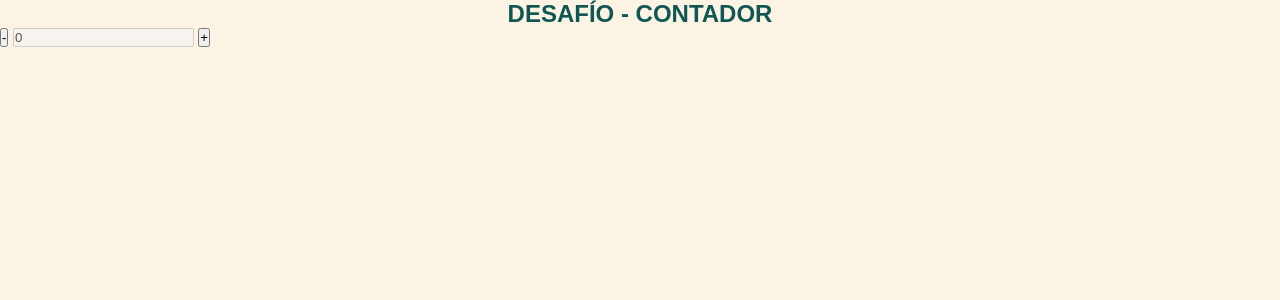
Repository: r-urchi/vue-coderhouse
Page: index.html
The author's editor kept a copy of each file at every save. The page is drawn from the files as they stood at one save, then again after a run of saves.
The browser window is 1280 px wide. The pictures show the whole page.
The style sheet was rebuilt from its Sass, Less or Tailwind sources for each picture, by a compiler version that may differ from the author's.

Above is the page before, as saved 2021-11-13 10:58:12.

After the next 2 saves:
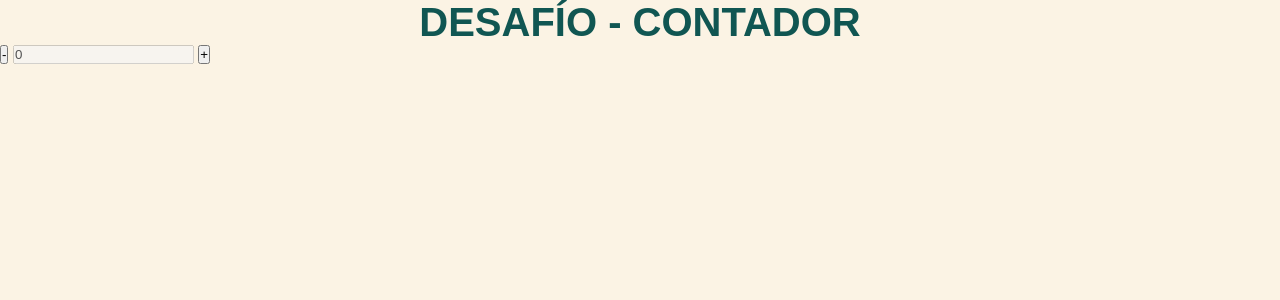
The 2 saves are shown as one change because they came seconds apart.
The last was saved 15 s later.
--- a/css/_counter.sass
+++ b/css/_counter.sass
@@ -1,4 +1,4 @@
 h1
     text-align: center
     text-transform: uppercase
-    font-size: 1.5rem
+    font-size: 2.5rem
